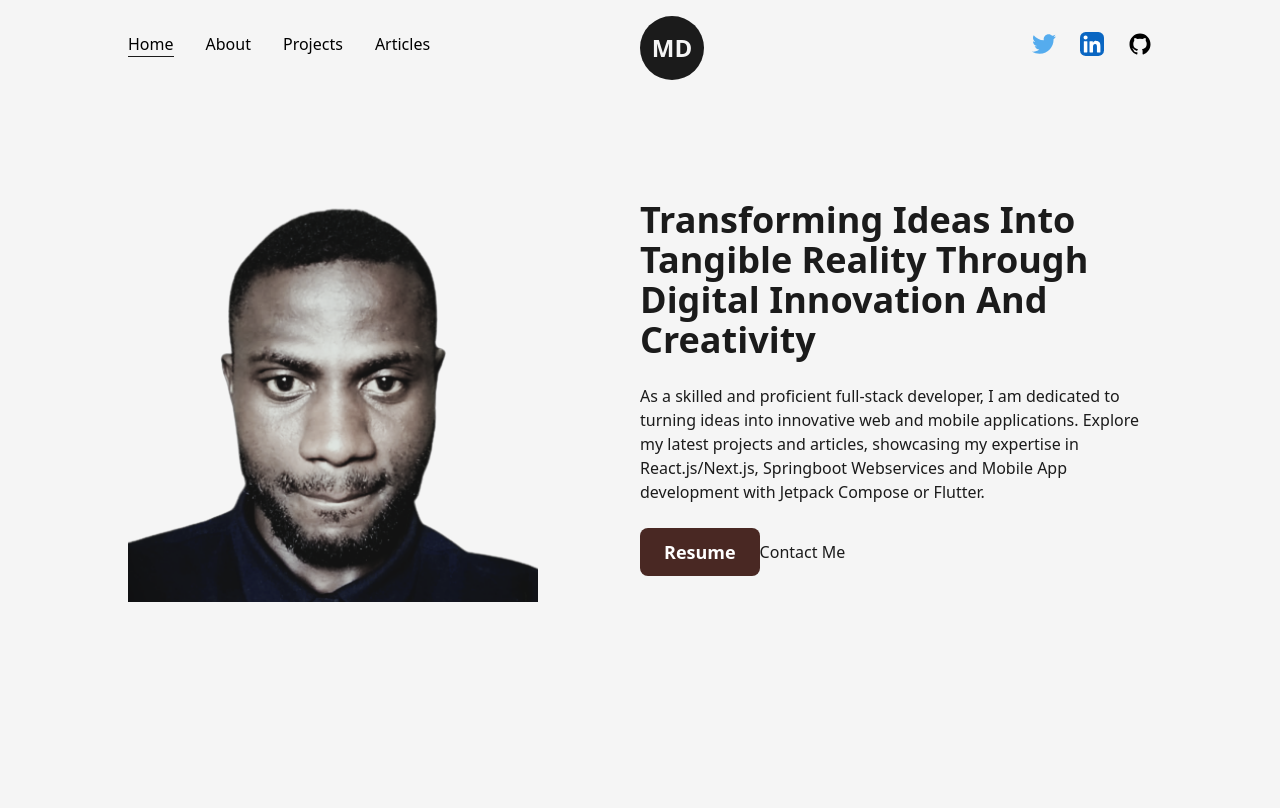
Repository: marcusdashe/situs
Page: /
An editor plug-in stored every save of this project. The page is shown before and after the next save, followed by the edit.
The browser window is 1280 px wide. The pictures show the whole page.
The project was rebuilt for these pictures with package versions that can differ from the ones it lists, and the page was loaded fresh each time. The framework's server and built-in components were replaced by stand-ins that run in the browser.

Above is the page before, as saved 2023-06-15 18:41:57.

After the next save:
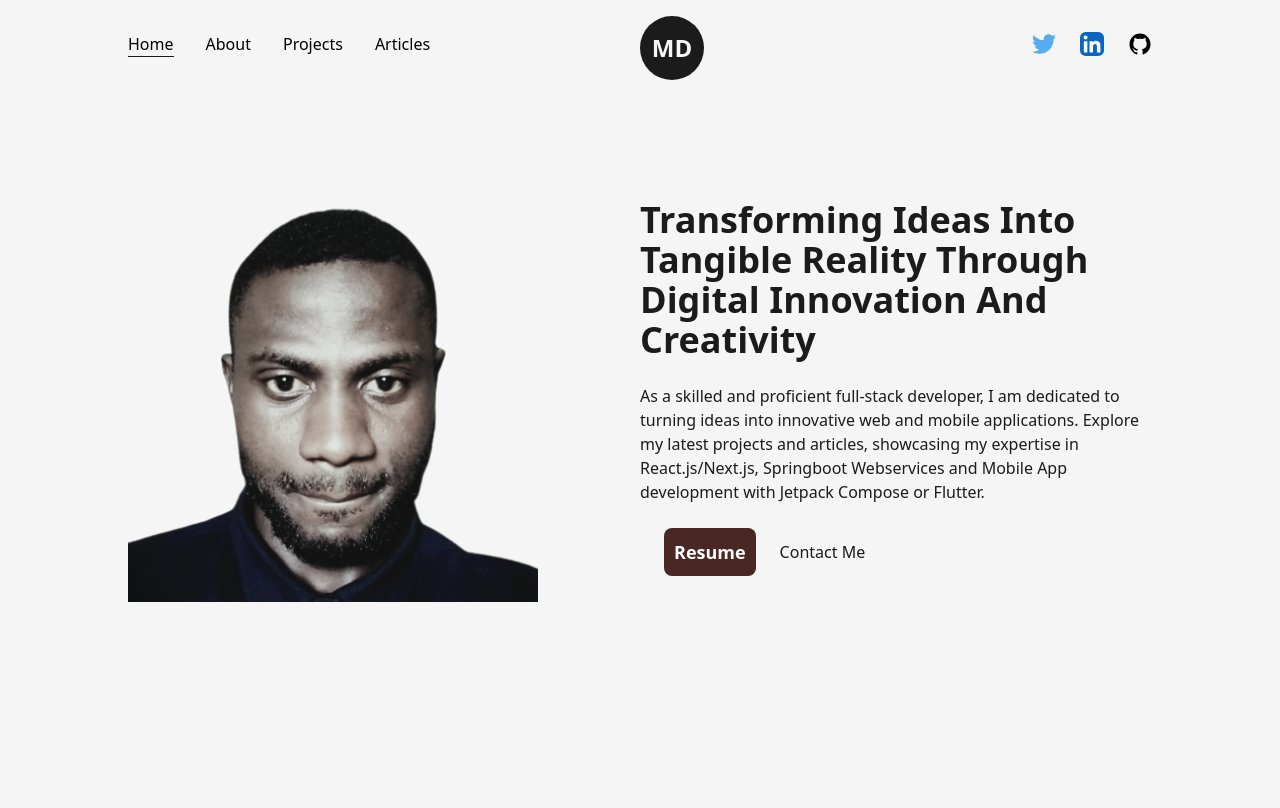
Saved 43 s later.
--- a/src/pages/index.js
+++ b/src/pages/index.js
@@ -42,7 +42,7 @@ export default function Home() {
                 <Link
                   href="/MarcusDasheResume.pdf"
                   target={"_blank"}
-                  className="flex items-center bg-primaryDark text-white p-2.5 px-6 rounded-lg text-lg font-semibold"
+                  className="flex items-center bg-primaryDark text-white p-2.5 mx-6 rounded-lg text-lg font-semibold"
                 >
                   Resume
                 </Link>
